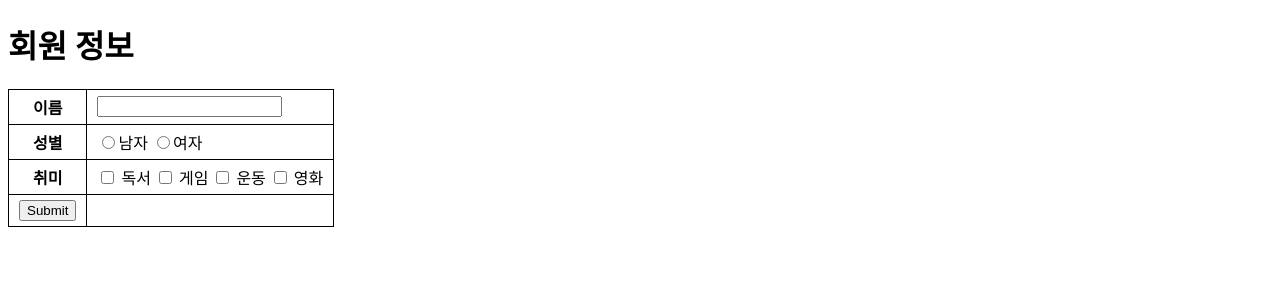
Repository: ZicoPark/Lost-Dev
Page: http://localhost/03_request/
These files come from the project's save history. The page is drawn as it stood at one moment and after the next save; the edit follows.
The browser window is 1280 px wide. The pictures show the whole page.
The page is served by Tomcat 9.

Above is the page before, as saved 2023-02-20 03:14:04.

### JSP/03_request/WebContent/index.jsp
<%@ page language="java" contentType="text/html; charset=UTF-8"
    pageEncoding="UTF-8"%>
<!DOCTYPE html>
<html>
<head>
<meta charset="UTF-8">
<title>Insert title here</title>
<style>
	table, th, td{
		border : 1px solid black;
		border-collapse: collapse;
	}
	th,td{
		padding : 5px 10px;
	}

</style>
</head>
<body>
	<h1>회원 정보</h1>
	<form action = ""  method="get">
	<table>
		<tr>
			<th>이름</th>
			<td><input type = "text" name="userName"/></td>
		</tr>
		<tr>
			<th>성별</th>
			<td>
				<input type = "radio" name="gender" value="남자"/>남자
				<input type = "radio" name="gender" value="여자"/>여자
			</td>
		</tr>
		<tr>
			<th>취미</th>
			<td>
				<input type = "checkbox" name="hobby" value="독서"/> 독서
				<input type = "checkbox" name="hobby" value="게임"/> 게임
				<input type = "checkbox" name="hobby" value="운동"/> 운동
				<input type = "checkbox" name="hobby" value="영화"/> 영화
			</td>
		</tr>
		<tr>
			<th>
				<input type = "submit"/>
			</th>
		</tr>
	</table>
	</form>
</body>
</html>

After the next save:
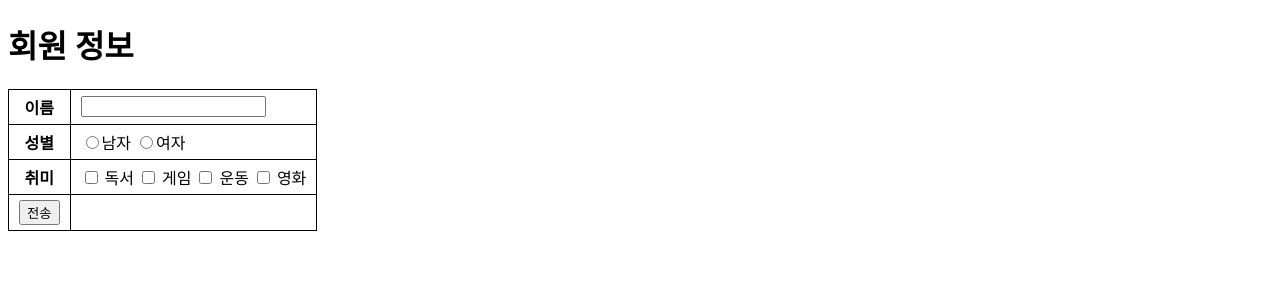
Saved 20 s later.
--- a/JSP/03_request/WebContent/index.jsp
+++ b/JSP/03_request/WebContent/index.jsp
@@ -42,7 +42,7 @@
 		</tr>
 		<tr>
 			<th>
-				<input type = "submit"/>
+				<input type = "submit" value="전송" />
 			</th>
 		</tr>
 	</table>
